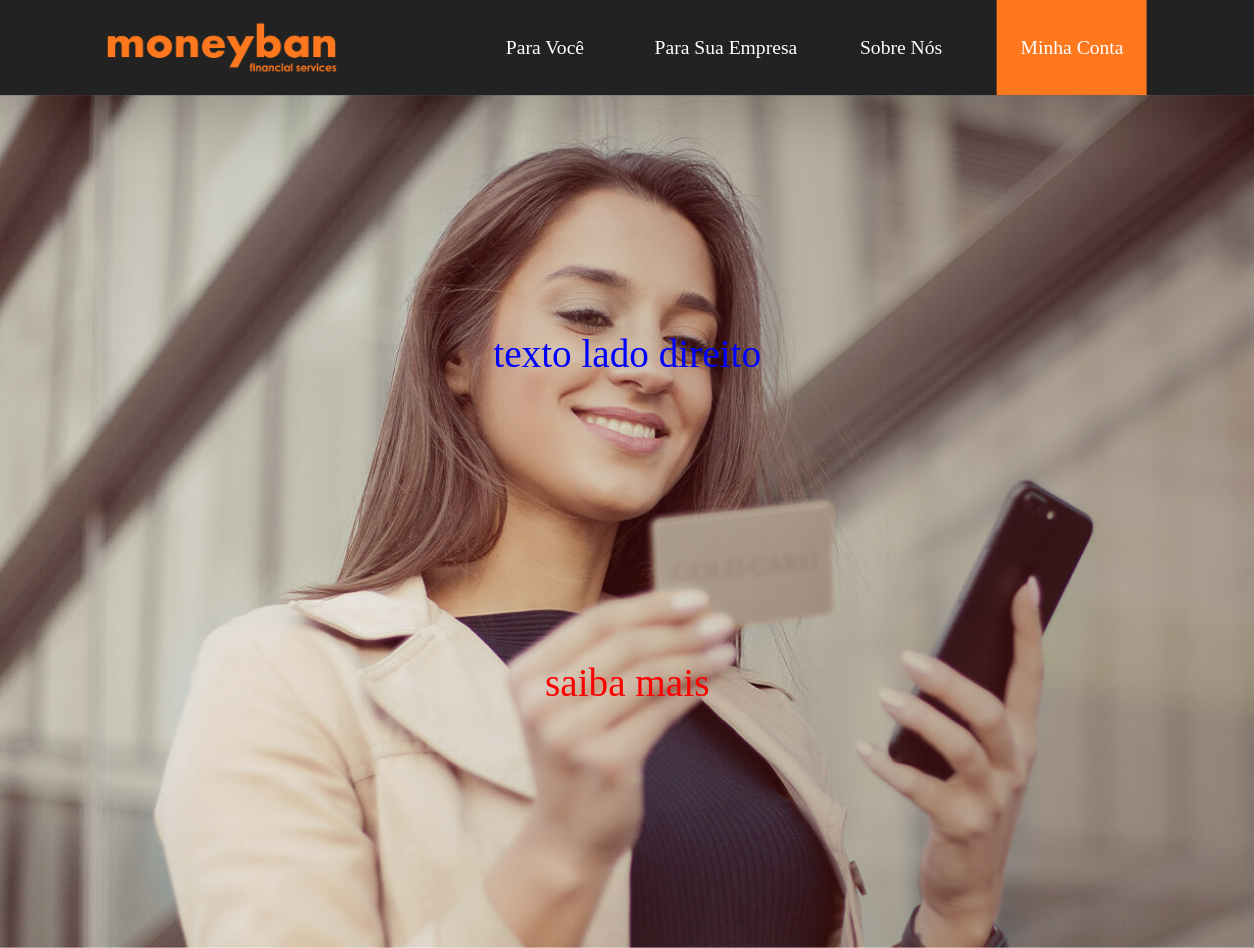
Repository: IvanCardoso91/moneyban
Page: index.html
These files come from the project's save history. The page is drawn as it stood at one moment and after the next save; the edit follows.
The browser window is 1280 px wide. The pictures show the whole page, at 98% of full size.
Some icons come from a web library that is not loaded, so they are not drawn. Some web fonts or font styles are not loaded; a fallback is used.

Above is the page before, as saved 2020-12-15 13:50:55.

After the next save:
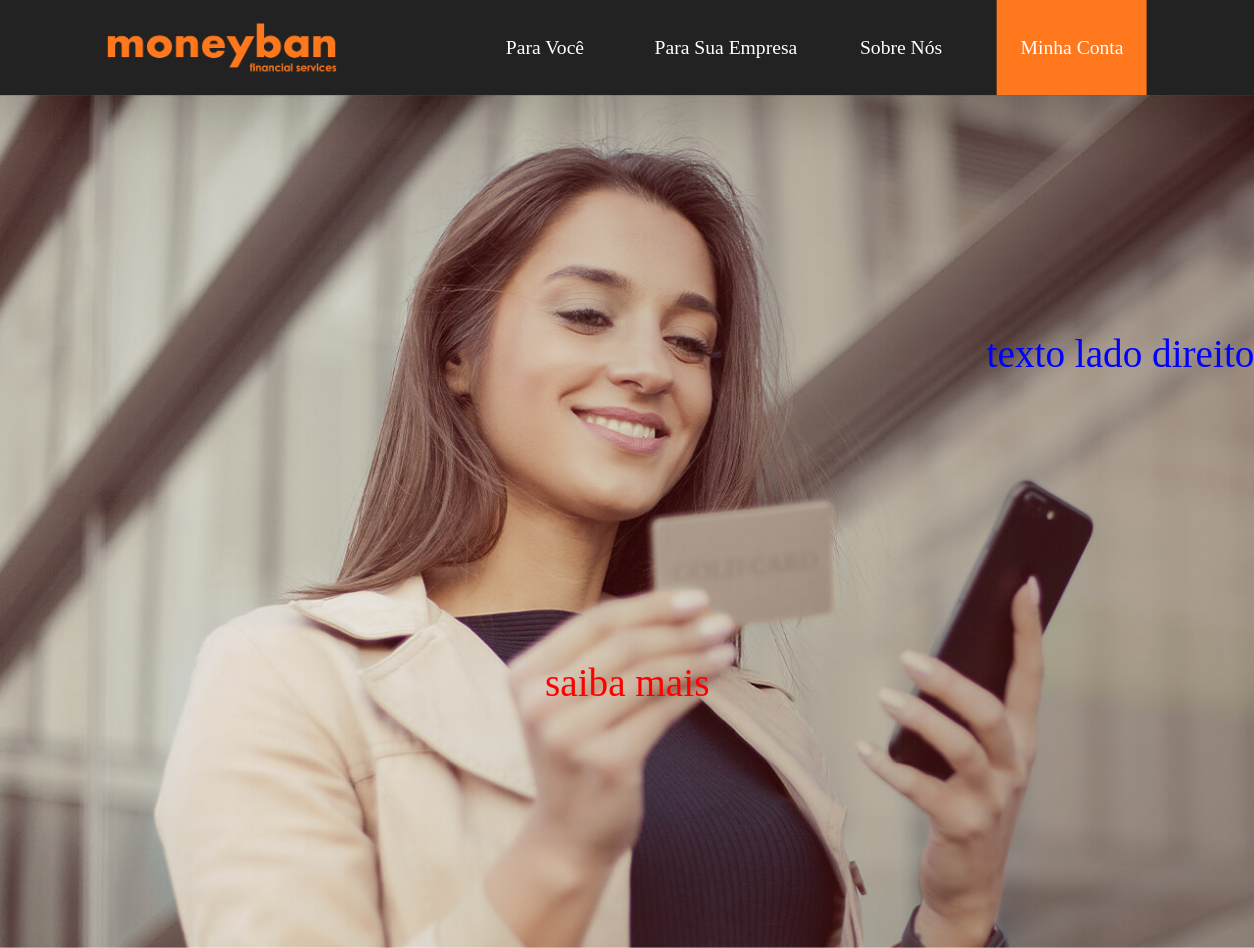
Saved 94 s later.
--- a/style/main-style.css
+++ b/style/main-style.css
@@ -140,7 +140,7 @@ a {
     color: blue;
     height: 526px;
     display: flex;
-    justify-content: center;
+    justify-content: flex-end;
     align-items: center;
 }
 
